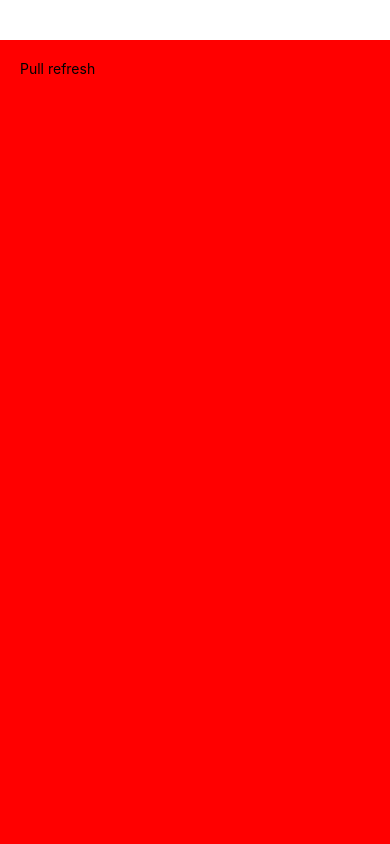
Repository: akinmiday/ReactNativeApp
Screen: /
An editor plug-in stored every save of this project. The screen is shown before and after the next save, followed by the edit.
The app was drawn by React Native's web renderer in a window 390 px wide. The project was rebuilt for these pictures with package versions that can differ from the ones it lists, and the page was loaded fresh each time.

Above is the screen before, as saved 2023-08-06 15:36:52.

After the next save:
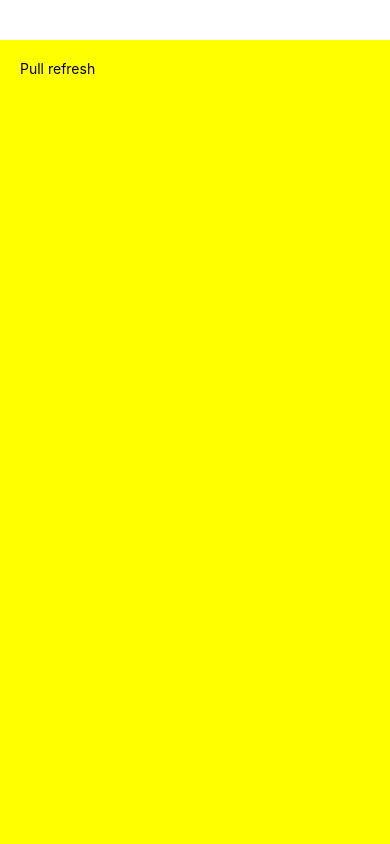
Saved 13 s later.
--- a/styles.js
+++ b/styles.js
@@ -4,7 +4,7 @@ const styles = StyleSheet.create({
   container: {
     marginTop: 40,
     padding: 20,
-    backgroundColor: "red",
+    backgroundColor: "yellow",
     flex: 1,
   },
   input: {
